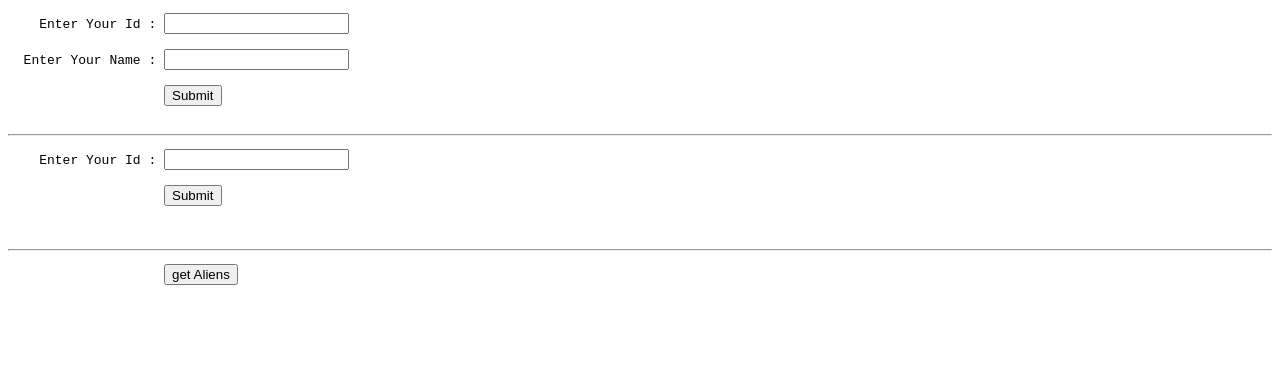
Repository: albelsingh/Spring-boot
Page: http://localhost/SpringMVC/views/index.jsp
An editor plug-in stored every save of this project. The page is shown before and after the next save, followed by the edit.
The browser window is 1280 px wide. The pictures show the whole page.
The page is served by Tomcat 9. Other server files are loaded and not shown.

Above is the page before, as saved 2020-06-19 14:32:12.

### SpringMVC/src/main/webapp/views/index.jsp
<%@ page language="java" contentType="text/html; charset=ISO-8859-1"
    pageEncoding="ISO-8859-1" isELIgnored="false"%>
<!DOCTYPE html>
<html>
<head>
<meta charset="ISO-8859-1">
<title>Insert title here</title>
</head>
<body>

  <form action="addAlien">
  <pre>
    Enter Your Id : <input type="text" name="aid"><br>
  Enter Your Name : <input type="text" name="aname"><br>
                    <input type="submit" value="Submit">
  </pre>
  <hr>
  </form>

  <form action="getAlien" method="GET">
  <pre>
    Enter Your Id : <input type="text" name="aid"><br>
                    <input type="submit" value="Submit"><br>
  </pre>
  </form>
  <hr>

  <form action="getAliens" method="GET">
  <pre>
                    <input type="submit" name="b1" value="get Aliens"><br>
  </pre>
  </form>
</body>
</html>

After the next save:
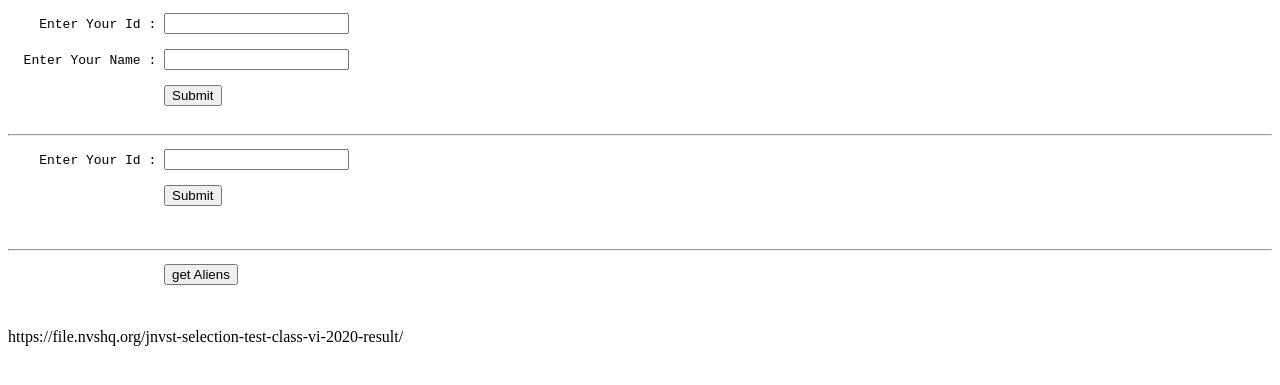
Saved 3 h 22 min later.
--- a/SpringMVC/src/main/webapp/views/index.jsp
+++ b/SpringMVC/src/main/webapp/views/index.jsp
@@ -29,6 +29,6 @@
   <pre>
                     <input type="submit" name="b1" value="get Aliens"><br>
   </pre>
-  </form>
+  </form>https://file.nvshq.org/jnvst-selection-test-class-vi-2020-result/
 </body>
 </html>
